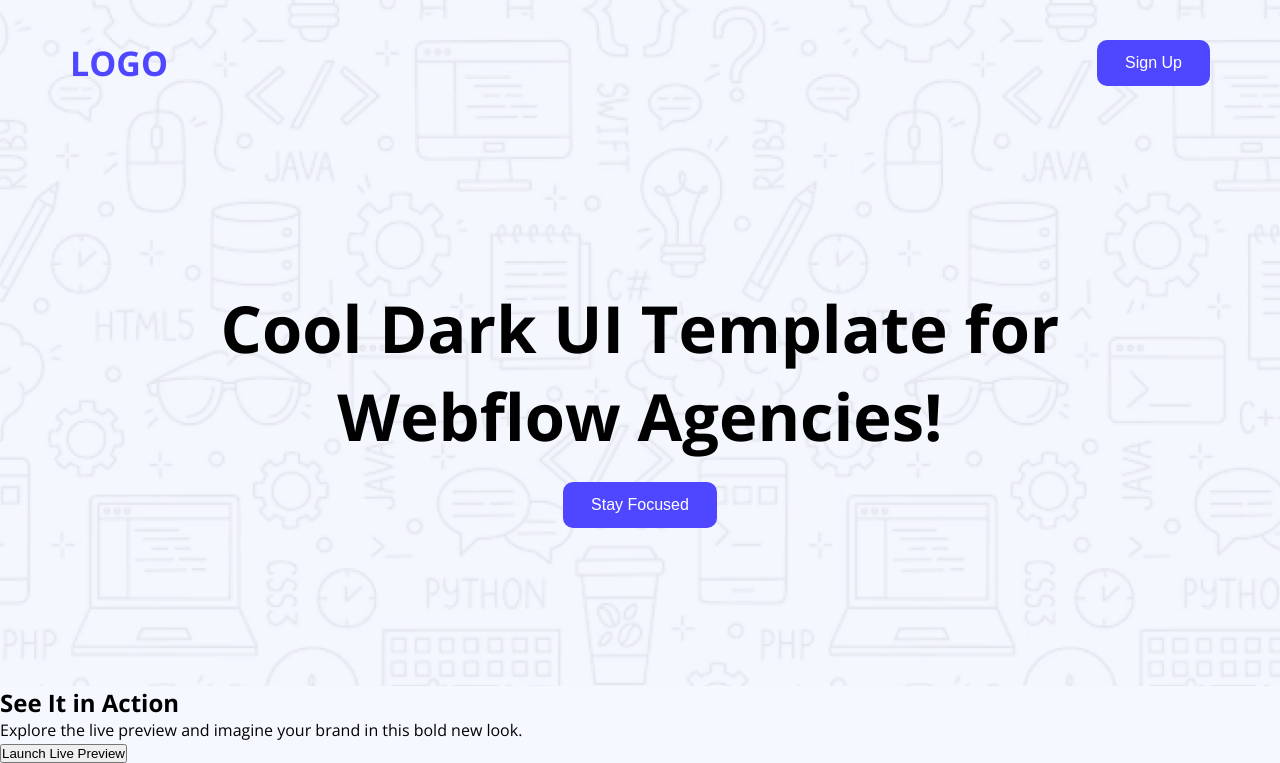
Repository: nahid-hasann/website-3
Page: index.html
An editor plug-in stored every save of this project. The page is shown before and after a run of saves, followed by the edit.
The browser window is 1280 px wide. The pictures show the whole page.

Above is the page before, as saved 2025-07-10 19:43:38.

### index.html
<!DOCTYPE html>
<html lang="en">
<head>
    <meta charset="UTF-8">
    <meta name="viewport" content="width=device-width, initial-scale=10">
    <title>MH NaHid</title>
    <link rel="preconnect" href="https://fonts.googleapis.com">
<link rel="preconnect" href="https://fonts.gstatic.com" crossorigin>
<link href="https://fonts.googleapis.com/css2?family=Open+Sans:ital,wght@0,300..800;1,300..800&family=Raleway:ital,wght@0,100..900;1,100..900&display=swap" rel="stylesheet">
<link rel="stylesheet" href="style.css">
</head>
<body class="open-sans-normal">


<header class="header-section">
      <section class="section-1">
       <h1 style="font-size: 34px; color: #4e47ff;">LOGO</h1>
       <button class="btn">Sign Up</button>
      </section>

      <section class="section-2">
        <h1 style="font-size: 65px; text-align: center;">Cool Dark UI Template for <br> Webflow Agencies!</h1>
        <br>
        <button class="btn">Stay Focused</button>
      </section>


</header>


<main>

<section class="action section">

<div>
    <h1>See It in Action</h1>
    <p>Explore the live preview and imagine your brand in this bold new look.</p>
    <button>Launch Live Preview</button>
</div>


</section>




</main>






</body>
</html>

### style.css
*{
    margin: 0;
    padding: 0;
    box-sizing: border-box;
}

body{
    background-color: #f5f8ff;
}


.open-sans-normal {
  font-family: "Open Sans", sans-serif;
  font-optical-sizing: auto;
  font-style: normal;
  font-variation-settings:
    "wdth" 100;
}

.header-section{
    background-image: url('Assets/Hero-bg.png');
    background-repeat: no-repeat;
    background-position: center;
    background-size: cover;
    /* height: 700px; */
}

.section-1{
    display: flex;
    justify-content: space-between;
    padding: 40px 0;
    width: 1140px;
    margin: auto;
}

.btn{
    padding: 14px 28px;
    border: none;
    background-color: #4e47ff ;
    color: white;
    border-radius: 10px;
    display: block;
    font-size: 16px;
}

.section-2{

    display: flex;
    flex-direction: column;
    justify-content: center;
    align-items: center;
    margin:  auto;
    padding: 158px 0;

}

After the next 2 saves:
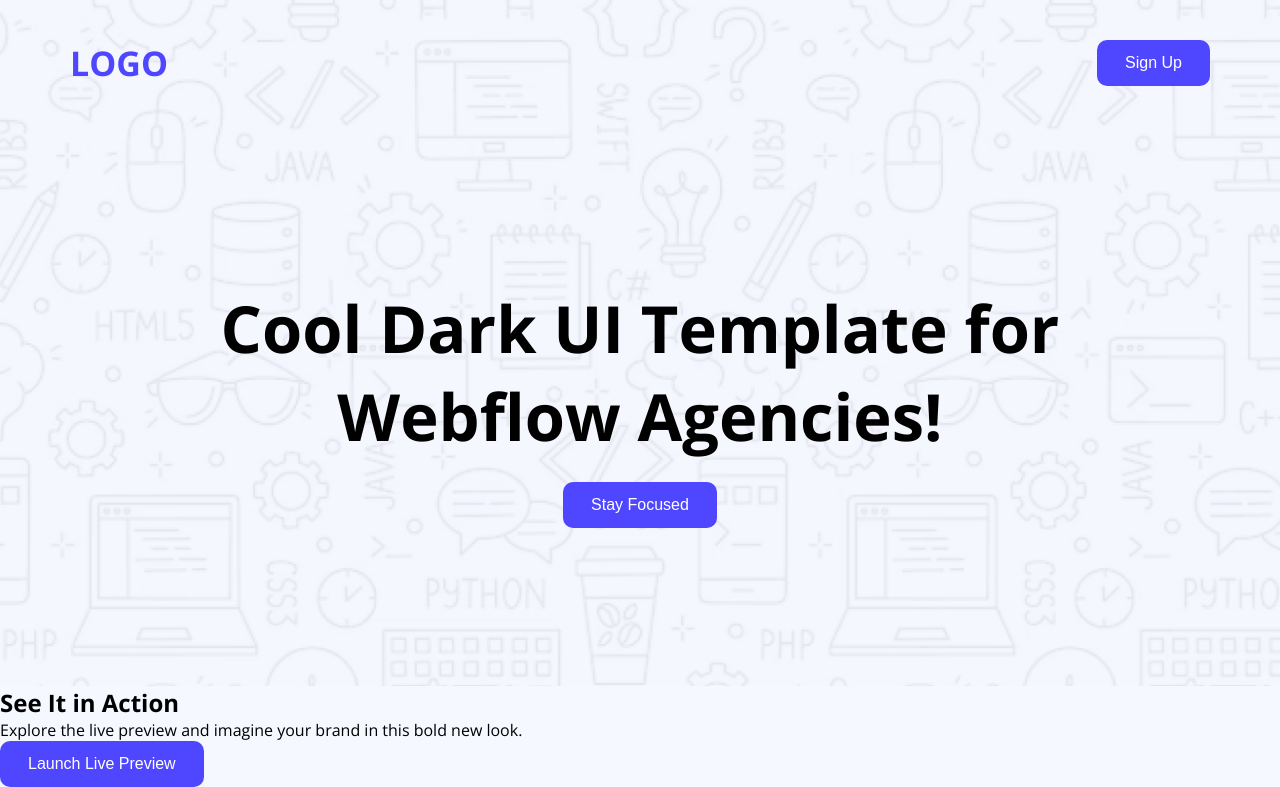
The 2 saves are shown as one change because they came seconds apart.
The last was saved 6 s later.
--- a/index.html
+++ b/index.html
@@ -35,7 +35,7 @@
 <div>
     <h1>See It in Action</h1>
     <p>Explore the live preview and imagine your brand in this bold new look.</p>
-    <button>Launch Live Preview</button>
+    <button class="btn">Launch Live Preview</button>
 </div>
 
 
